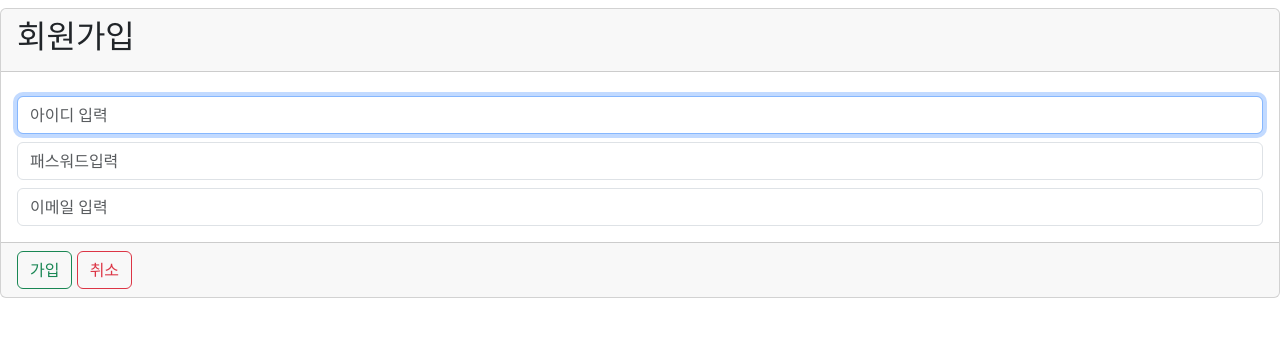
Repository: ldj0905/javaproject
Page: http://localhost/lab05_jsp/user/signup
An editor plug-in stored every save of this project. The page is shown before and after the next save, followed by the edit.
The browser window is 1280 px wide. The pictures show the whole page.
The page is served by Tomcat 10. Other server files are loaded and not shown.

Above is the page before, as saved 2024-05-30 10:00:14.

### lab05_jsp/src/main/webapp/WEB-INF/views/user/signup.jsp
<%@ page language="java" contentType="text/html; charset=UTF-8"
    pageEncoding="UTF-8" trimDirectiveWhitespaces="true"%>
<%@ taglib prefix="c" uri="jakarta.tags.core"%>
<!DOCTYPE html>
<html>
<head>
<meta charset="UTF-8">
<meta name="viewport" content="width=device-width, initial-scale=1">
<title>회원 가입</title>
<link
    href="https://cdn.jsdelivr.net/npm/bootstrap@5.3.3/dist/css/bootstrap.min.css"
    rel="stylesheet"
    integrity="sha384-QWTKZyjpPEjISv5WaRU9OFeRpok6YctnYmDr5pNlyT2bRjXh0JMhjY6hW+ALEwIH"
    crossorigin="anonymous">
</head>
<body>
    <!-- TODO: 회원 가입 양식(form) -->
    <main>
        <div class="mt-2 card">
            <div class="card-header">
                <h2>회원가입</h2>
            </div>
            <div class="card-body">
                <c:url var="signup" value="/post/list" />
                <form method="post" action="${signup}">

                    <div class="mt-2">
                        <input class="form-control" type="text"
                            name="userid" placeholder="아이디 입력" required
                            autofocus />
                        <!--autofocus가 뭐하는거임 -->
                    </div>
                    <div class="mt-2">
                        <input class="form-control" type="text"
                            name="password" placeholder="패스워드입력"
                            required></input>
                    </div>
                    <div class="mt-2">
                        <input class="form-control" type="text"
                            name="email" placeholder="이메일 입력" required />
                    </div>
                </form>
            </div>
            <div>
                <div class ="card-footer">
                    <button id = "btnUpdate" class = "btn btn-outline-success">가입</button> <!--  수정한거 저장하기 -->
                    <button id = "btnDelete" class = "btn btn-outline-danger">취소</button> <!-- 글삭제  -->
                </div>
            </div>
        </div>
    </main>
    <script
        src="https://cdn.jsdelivr.net/npm/bootstrap@5.3.3/dist/js/bootstrap.bundle.min.js"
        integrity="sha384-YvpcrYf0tY3lHB60NNkmXc5s9fDVZLESaAA55NDzOxhy9GkcIdslK1eN7N6jIeHz"
        crossorigin="anonymous"></script>
</body>
</html>

### lab05_jsp/src/main/java/com/itwill/lab05/web/UserSignUpController.java
package com.itwill.lab05.web;

import java.io.IOException;

import org.slf4j.Logger;
import org.slf4j.LoggerFactory;

import com.itwill.lab05.repository.User;
import com.itwill.lab05.service.UserService;

import jakarta.servlet.ServletException;
import jakarta.servlet.annotation.WebServlet;
import jakarta.servlet.http.HttpServlet;
import jakarta.servlet.http.HttpServletRequest;
import jakarta.servlet.http.HttpServletResponse;

@WebServlet (name = "userSignUpController", urlPatterns = {"/user/signup"})
public class UserSignUpController extends HttpServlet {
	private static final long serialVersionUID = 1L;
	private static final Logger log = LoggerFactory.getLogger(UserSignUpController.class);
	//controller는 service를 호출한다.

	private final UserService userService = UserService.INSTANCE;
	//TODO: 회원 가입에 필요한 요청 처리 메서드.


	@Override
	protected void doGet(HttpServletRequest req, HttpServletResponse resp) throws ServletException, IOException {
		log.debug("doGet()");
		req.getRequestDispatcher("/WEB-INF/views/user/signup.jsp").forward(req, resp);
	}
	@Override
	protected void doPost(HttpServletRequest req, HttpServletResponse resp) throws ServletException, IOException {
		log.debug("doPost");
		String userid = req.getParameter("userid");
		String password = req.getParameter("password");
		String email = req.getParameter("email");
		User user = User.builder().userid(userid).password(password).email(email).build();

		userService.create(user);
		String url = req.getContextPath() + "/signin";
		resp.sendRedirect(url);
	}
}

### lab05_jsp/src/main/java/com/itwill/lab05/repository/UserDao.java
package com.itwill.lab05.repository;

import java.sql.Connection;
import java.sql.PreparedStatement;
import java.sql.SQLException;

import org.slf4j.Logger;
import org.slf4j.LoggerFactory;

import com.itwill.lab05.datasource.DataSourceUtil;
import com.zaxxer.hikari.HikariDataSource;


// DAO(Data Access Object). 데이터베이스 CRUD. <= 하는역할 : create read update delete
public enum UserDao {
	INSTANCE;

	private static final Logger log = LoggerFactory.getLogger(UserDao.class);

	private final HikariDataSource ds = DataSourceUtil.getInstance().getDataSource(); // <- 얘 뭐하는애임?

	//TODO: users 테이블에 insert SQL 문장 & 메서드
	private static final String SQL_INSERT =
			"insert into posts (userid,password,email) values(?, ?, ?)";

	//insert source 만들기
	public int insert(User user) {
		log.debug("insert({})", user);
		log.debug(SQL_INSERT);

		Connection conn = null;
		PreparedStatement stmt = null;
		int result = 0;
		try {
			conn = ds.getConnection();
            stmt = conn.prepareStatement(SQL_INSERT);
            stmt.setString(1,user.getUserid());
            stmt.setString(2, user.getPassword());
            stmt.setString(3, user.getEmail());
            result = stmt.executeUpdate();
		}catch(SQLException e) {
			e.printStackTrace();
		}

		return result;
	}



}

After the next save:
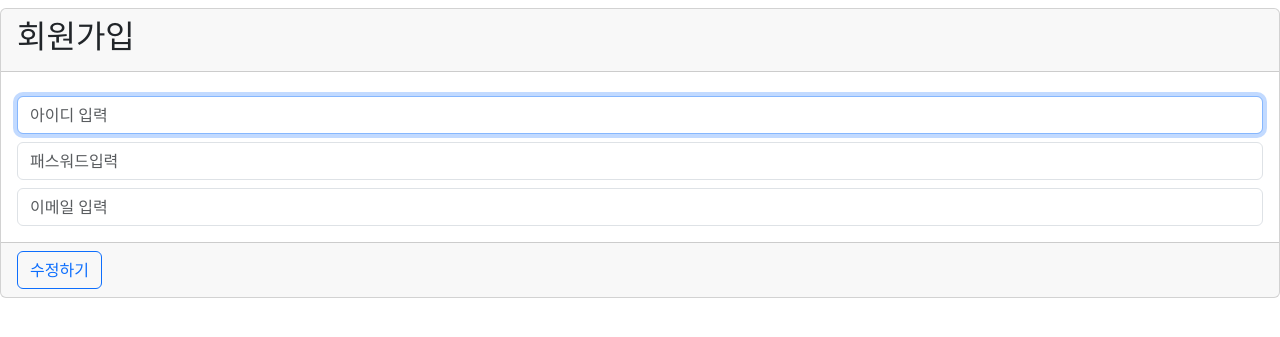
Saved 72 s later.
--- a/lab05_jsp/src/main/webapp/WEB-INF/views/user/signup.jsp
+++ b/lab05_jsp/src/main/webapp/WEB-INF/views/user/signup.jsp
@@ -41,12 +41,12 @@
                     </div>
                 </form>
             </div>
-            <div>
-                <div class ="card-footer">
-                    <button id = "btnUpdate" class = "btn btn-outline-success">가입</button> <!--  수정한거 저장하기 -->
-                    <button id = "btnDelete" class = "btn btn-outline-danger">취소</button> <!-- 글삭제  -->
+                 <div class ="card-footer">
+                    <c:url var="postModifyPage" value="/post/modify">
+                        <c:param name="id" value="${post.id }"/>
+                    </c:url>
+                    <a class = "btn btn-outline-primary" href="${postModifyPage}" >수정하기</a>
                 </div>
-            </div>
         </div>
     </main>
     <script
